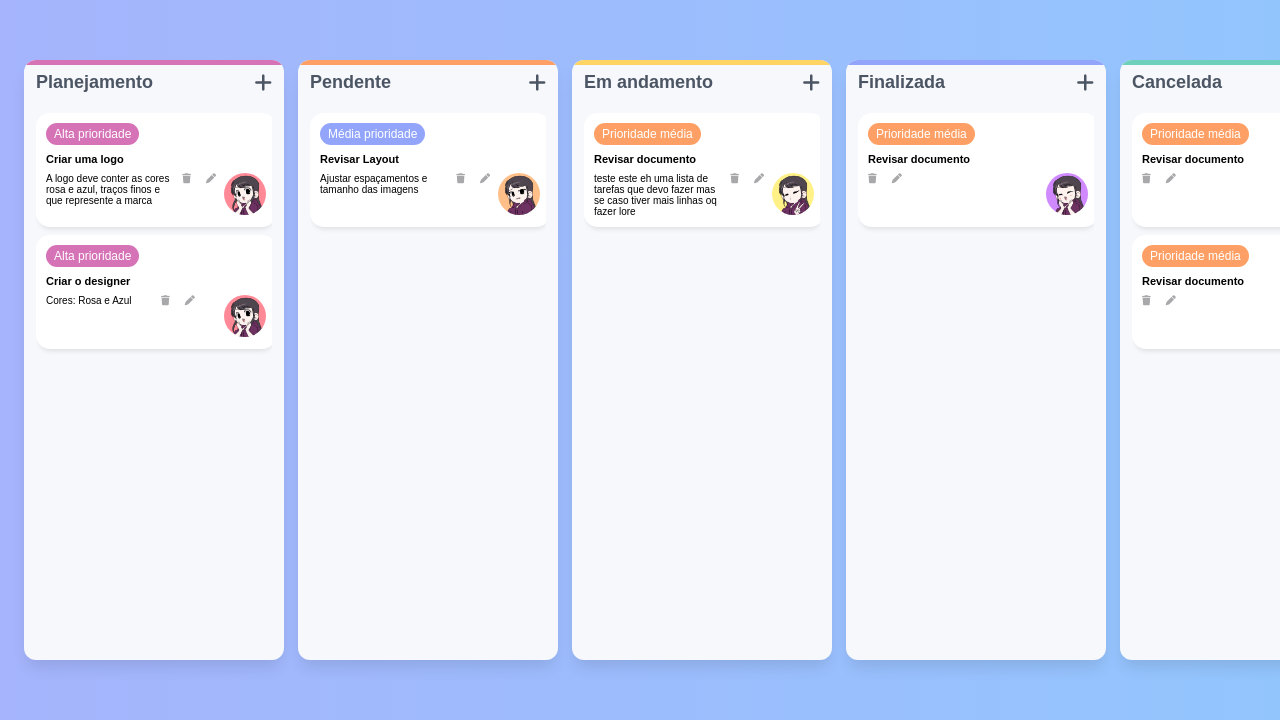
Repository: Marinalr-25/ProjetoToDoList
Page: index.html
An editor plug-in stored every save of this project. The page is shown before and after the next save, followed by the edit.
The browser window is 1280 px wide. The pictures show the whole page.
Some web fonts or font styles are not loaded; a fallback is used. Some web libraries are served in a nearby version.

Above is the page before, as saved 2025-01-29 13:27:35.

### index.html
<!DOCTYPE html>
<html lang="pt-BR">
  <head>
    <meta charset="UTF-8" />
    <meta name="viewport" content="width=device-width, initial-scale=1.0" />
    <link rel="preconnect" href="https://fonts.googleapis.com" />
    <link rel="preconnect" href="https://fonts.gstatic.com" crossorigin />
    <link
      href="https://fonts.googleapis.com/css2?family=Playpen+Sans:wght@100..800&family=Roboto:ital,wght@0,100;0,300;0,400;0,500;0,700;0,900;1,100;1,300;1,400;1,500;1,700;1,900&display=swap"
      rel="stylesheet"
    />
    <link
      rel="stylesheet"
      href="https://cdnjs.cloudflare.com/ajax/libs/font-awesome/6.6.0/css/all.min.css"
      integrity="sha512-Kc323vGBEqzTmouAECnVceyQqyqdsSiqLQISBL29aUW4U/M7pSPA/gEUZQqv1cwx4OnYxTxve5UMg5GT6L4JJg=="
      crossorigin="anonymous"
      referrerpolicy="no-referrer"
    />
    <link rel="stylesheet" href="css/style.css" />
    <title>Suas tarefas</title>
  </head>
  <body>
    <main class="kanban">
      <!-- coluna 1 (planejamento) -->
      <div class="kanban-column" data-id="1">
        <div class="kanban-title">
          <h2>Planejamento</h2>
          <button class="add-card"><i class="fa-solid fa-plus"></i></button>
        </div>
        <div class="kanban-cards">
          <div class="kanban-card" draggable="true">
            <div class="badge high">
              <span>Alta prioridade</span>
            </div>
            <p class="card-title">Criar uma logo</p>
            <div class="card-infos">
              A logo deve conter as cores rosa e azul, traços finos e que represente a marca
              <div class="card-icons">
                <p>
                  <i class="fa-solid fa-trash"></i>
                </p>
                <p>
                  <i class="fa-solid fa-pen"></i>
                </p>
              </div>
              <div class="user">
                <img src="images/iconePerfilPlanejamento.png" alt="avatar1" />
              </div>
            </div>
          </div>
          <div class="kanban-card" draggable="true">
            <div class="badge high">
              <span>Alta prioridade</span>
            </div>
            <p class="card-title">Criar o designer</p>
            <div class="card-infos">
              Cores: Rosa e Azul
              <div class="card-icons">
                <p>
                  <i class="fa-solid fa-trash"></i>
                </p>
                <p>
                  <i class="fa-solid fa-pen"></i>
                </p>
              </div>
              <div class="user">
                <img src="images/iconePerfilPlanejamento.png" alt="avatar1" />
              </div>
            </div>
          </div>
        </div>
      </div>
      <!-- coluna 2 (Pendente) -->
      <div class="kanban-column" data-id="2">
        <div class="kanban-title">
          <h2>Pendente</h2>
          <button class="add-card"><i class="fa-solid fa-plus"></i></button>
        </div>
        <div class="kanban-cards">
          <div class="kanban-card" draggable="true">
            <div class="badge low">
              <span>Média prioridade</span>
            </div>
            <p class="card-title">Revisar Layout</p>
            <div class="card-infos">
              Ajustar espaçamentos e tamanho das imagens
              <div class="card-icons">
                <p>
                  <i class="fa-solid fa-trash"></i>
                </p>
                <p>
                  <i class="fa-solid fa-pen"></i>
                </p>
              </div>
              <div class="user">
                <img src="images/iconePerfilPendente.png" alt="avatar2" />
              </div>
            </div>
          </div>
        </div>
      </div>
      <!-- coluna 3 (Em andamento) -->
      <div class="kanban-column" data-id="3">
        <div class="kanban-title">
          <h2>Em andamento</h2>
          <button class="add-card"><i class="fa-solid fa-plus"></i></button>
        </div>
        <div class="kanban-cards">
          <div class="kanban-card" draggable="true">
            <div class="badge medium">
              <span>Prioridade média</span>
            </div>
            <p class="card-title">Revisar documento</p>
            <div class="card-infos">
              teste este eh uma lista de tarefas que devo fazer mas se caso tiver mais linhas oq fazer
              lore
              <div class="card-icons">
                <p>
                  <i class="fa-solid fa-trash"></i>
                </p>
                <p>
                  <i class="fa-solid fa-pen"></i>
                </p>
              </div>
              <div class="user">
                <img src="images/iconePerfilEmAndamento.png" alt="avatar2" />
              </div>
            </div>
          </div>
        </div>
      </div>
      <!-- coluna 4 (Finalizada) -->
      <div class="kanban-column" data-id="4">
        <div class="kanban-title">
          <h2>Finalizada</h2>
          <button class="add-card"><i class="fa-solid fa-plus"></i></button>
        </div>
        <div class="kanban-cards">
          <div class="kanban-card" draggable="true">
            <div class="badge medium">
              <span>Prioridade média</span>
            </div>
            <p class="card-title">Revisar documento</p>
            <div class="card-infos">
              <div class="card-icons">
                <p>
                  <i class="fa-solid fa-trash"></i>
                </p>
                <p>
                  <i class="fa-solid fa-pen"></i>
                </p>
              </div>
              <div class="user">
                <img src="images/iconePerfilFinalizada.png" alt="avatar2" />
              </div>
            </div>
          </div>
        </div>
      </div>
      <!-- coluna 5 (Cancelada)-->
      <div class="kanban-column" data-id="5">
        <div class="kanban-title">
          <h2>Cancelada</h2>
          <button class="add-card"><i class="fa-solid fa-plus"></i></button>
        </div>
        <div class="kanban-cards">
          <div class="kanban-card" draggable="true">
            <div class="badge medium">
              <span id="propriedadeSelecionada">Prioridade média</span>
            </div>
            <p class="card-title">Revisar documento</p>
            <div class="card-infos">
              <div class="card-icons">
                <p>
                  <i class="fa-solid fa-trash"></i>
                </p>
                <p>
                  <i class="fa-solid fa-pen"></i>
                </p>
              </div>
              <div class="user">
                <img src="images/iconePerfilCancelada.png" alt="avatarTarefaCancelada" />
              </div>
            </div>
          </div>
          <div class="kanban-card" draggable="true">
            <div class="badge medium">
              <span id="propriedadeSelecionada">Prioridade média</span>
            </div>
            <p class="card-title">Revisar documento</p>
            <div class="card-infos">
              <div class="card-icons">
                <p>
                  <i class="fa-solid fa-trash"></i>
                </p>
                <p>
                  <i class="fa-solid fa-pen"></i>
                </p>
              </div>
              <div class="user">
                <img src="images/iconePerfilCancelada.png" alt="avatar2" />
              </div>
            </div>
          </div>
        </div>
      </div>

      <div class="adicionando">
        <div class="opcoes">
          <div class="custom_radio">
            <input
              type="radio"
              name="prioridade"
              id="alta_prioridade"
              placeholder="Alta prioridade"
            />
            <label for="alta_prioridade">Alta prioridade</label>
          </div>
          <div class="custom_radio">
            <input
              type="radio"
              name="prioridade"
              id="media_prioridade"
              placeholder="Alta prioridade"
            />
            <label for="media_prioridade">Prioridade média</label>
          </div>
          <div class="custom_radio">
            <input
              type="radio"
              name="prioridade"
              id="baixa_prioridade"
              placeholder="Alta prioridade"
            />
            <label for="baixa_prioridade">Baixa prioridade</label>
          </div>
      </div>
      <div class="title">
        <input type="text" class="title" name="title" id="title" placeholder="Título">
        <label for="title"></label>
      </div>
      <div class="descricao">
        <textarea placeholder="Descrição da tarefa" name="caixa_texto" id="caixa_texto" class="caixa_texto"></textarea>
      </div>
      <div class="buttons">
        <button class=" botao okButton">Ok</button>
        <button class=" botao cancelarButton">Cancelar</button>
      </div>

    </main>
    <!-- <button id="clear-storage">Limpar Local Storage</button> -->
    <script src="javascript/script.js"></script>
  </body>
</html>

### css/style.css
* {
  padding: 0;
  margin: 0;
  box-sizing: border-box;
}

*::-webkit-scrollbar {
  width: 0.8rem;
}

*::-webkit-scrollbar-track {
  background-color: #eaeffa;
  border-radius: 0.8rem;
}
*::-webkit-scrollbar-thumb {
  background-color: #b7d3fb;
  border-radius: 2rem;
}

html {
  font-size: 62.5%;
}

body {
  font-family: 'Playpen Sans', sans-serif;
  min-height: 100vh;
  display: flex;
  justify-content: center;
  align-items: center;
  background: linear-gradient(90deg, #a5b4fc, #93c5fd);
}

.kanban {
  display: flex;
  gap: 1.4rem;
  padding: 2.4rem;
  width: 100%;
  height: 90vh;
  overflow-x: auto;
}

.kanban-column {
  display: flex;
  flex-direction: column;
  gap: 1.8rem;
  height: 100%;
  overflow-y: auto;
  background-color: #f6f8fc;
  border-radius: 1.2rem;
  box-shadow: 0 1rem 1.5rem -0.3rem rgba(0, 0, 0, 0.1);
  padding: 1.2rem;
  overflow: hidden;
  min-width: 26rem;
  position: relative;

  &::after {
    position: absolute;
    content: '';
    top: 0;
    left: 0;
    height: 0.5rem;
    width: 100%;
  }
  &[data-id='1']::after {
    background-color: #d573b6;
  }
  &[data-id='2']::after {
    background-color: #fea065;
  }
  &[data-id='3']::after {
    background-color: #fed565;
  }
  &[data-id='4']::after {
    background-color: #92a5fb;
  }
  &[data-id='5']::after {
    background-color: #6ed0bc;
  }
}

.kanban-title {
  display: flex;
  justify-content: space-between;

  & h2 {
    font-size: 1.8rem;
    color: #4b5563;
    font-weight: 600;
  }
}

.add-card {
  color: #4b5563;
  font-size: 2rem;
  background-color: transparent;
  cursor: pointer;
  border: none;
}

.kanban-cards {
  display: flex;
  flex-direction: column;
  gap: 0.8rem;
  height: 100%;
  overflow-x: hidden;
  overflow-y: auto;
}

.kanban-card {
  display: flex;
  flex-direction: column;
  gap: 0.8rem;
  background-color: #ffffff;
  padding: 1rem;
  width: 24rem;
  border-radius: 1.4rem;
  box-shadow: 0 0.5rem 0.5rem -0.3rem rgba(0, 0, 0, 0.1);
  cursor: pointer;
}

.badge {
  color: #ffffff;
  width: fit-content;
  font-size: 1.2rem;
  padding: 0.4rem 0.8rem;
  border-radius: 1.2rem;

  &.high {
    background-color: #d573b6;
  }
  &.medium {
    background-color: #fea065;
  }
  &.low {
    background-color: #92a5fb;
  }
}

.dragging {
  opacity: 0.5;
}

.card-title {
  font-size: 1.1rem;
  font-weight: 600;
}

.card-infos {
  display: flex;
  justify-content: space-between;
  align-items: start;
  gap: 0.8rem;
}
.card-icons {
  display: flex;
  gap: 1.5rem;
  & i {
    color: #a8a8aa;
  }
}

.cards-hover {
  background-color: #eaeffa;
  border-radius: 0.8rem;
}

.user img {
  width: 4.2rem;
  height: 4.2rem;
  border-radius: 100%;
  object-fit: cover;
}

.adicionando {
  padding: 2rem;
  display: none;
  flex-direction: column;
  justify-content: space-between;
  gap: 2.5rem;
  position: fixed;
  top: 50%;
  left: 50%;
  transform: translate(-50%, -50%);
  width: 50rem;
  height: 35rem;
  border-radius: 1rem;
  box-shadow: inset -0.5rem -0.5rem 2rem 0.5rem rgba(0, 0, 0, 0.2);
  background: linear-gradient(150deg, #93c5fd, #a5b4fc);
}

.opcoes {
  display: flex;
  justify-content: center;
  gap: 2rem;
}

.custom_radio input[type='radio'] {
  display: none;
}

.custom_radio label {
  display: inline-block;
  margin: 0.5rem;
  cursor: pointer;
  transition: all 0.2s ease;
  background-color: #43b494;
  color: #ffffff;
  width: fit-content;
  font-size: 1.2rem;
  padding: 0.4rem 0.8rem;
  border-radius: 1.2rem;
}

.custom_radio input[type='radio']:checked + label {
  box-shadow: 0 0.5rem 0.5rem 0.2rem rgba(0, 0, 0, 0.2);
}

label:hover {
  transform: scale(1.1);
}

#alta_prioridade:checked + label {
  background-color: #d573b6; /* Vermelho para alta prioridade */
}

#media_prioridade:checked + label {
  background-color: #fea065; /* Amarelo para média prioridade */
}

#baixa_prioridade:checked + label {
  background-color: #92a5fb; /* Verde para baixa prioridade */
}

.custom-radio input[type='radio']:checked {
  transform: scale(1.1);
}

.title {
  display: flex;
  justify-content: center;
  padding: 0.5rem 1rem;
}

.title::placeholder {
  text-align: center;
}

.title,
.caixa_texto {
  border: 0;
  resize: none;
  border-radius: 1.2rem;
}

.title:focus,
.caixa_texto:focus {
  outline: none;
  box-shadow: inset 0 0 1.5rem 0.2rem transparent;
  border: 2px solid #998fe8;
}

.descricao {
  display: flex;
  justify-content: center;
}
.caixa_texto {
  width: 30rem;
  height: 10rem;
  padding: 1rem;
  box-shadow: inset 0 0 1.5rem 0.2rem #00000033;
}

.caixa_texto::placeholder {
  text-align: start;
}

.buttons {
  display: flex;
  justify-content: space-around;
  height: 4rem;
  align-items: center;
}

.botao {
  text-transform: uppercase;
  font-weight: 600;
  border: 0;
  border-radius: 5rem;
  padding: 0.6rem 0.8rem;
  width: 9rem;
  box-shadow: 0 0.5rem 0.5rem 0.2rem rgba(0, 0, 0, 0.2);
}

.okButton {
  background-color: #6ac96f;
  box-shadow: inset 0 0.5rem 0.5rem 0.2rem transparent;
  transition: all 0.3s ease;
  &:hover {
    box-shadow: inset 0.2rem -0.5rem 1rem 0.1rem #52b957;
    transform: scale(1.1);
  }
}
.cancelarButton {
  background-color: #e57373;
  box-shadow: inset 0 0.5rem 0.5rem 0.2rem transparent;
  transition: all 0.3s ease;
  &:hover {
    box-shadow: inset 0.2rem -0.5rem 1rem 0.1rem #d63d3d;
    transform: scale(1.1);
  }
}

### javascript/script.js
document.addEventListener('DOMContentLoaded', function () {
  const cards = document.querySelectorAll('.kanban-card');
  const colunas = document.querySelectorAll('.kanban-cards');
  const mais = document.querySelectorAll('.fa-solid.fa-plus');
  const cancelar = document.querySelector('.cancelarButton');
  const ok = document.querySelector('.okButton');
  const adicionando = document.querySelector('.adicionando');
  const textarea = document.querySelector('.caixa_texto');
  const kanbanCards = document.querySelector('.kanban-cards');
  const title = document.getElementById('title');
  const radios = document.querySelectorAll('input[name="prioridade"]');
  const kanbanColuna = document.querySelectorAll('.kanban-column');

  let dragCard = null;
  let selecionadoPrioridade = '';

  function updateAvatarImage(card) {
    const column = card.closest('.kanban-column');
    const avatarImage = card.querySelector('.user img');

    // Define a imagem com base no `data-id` da coluna
    switch (column.getAttribute('data-id')) {
      case '1':
        avatarImage.src = 'images/iconePerfilPlanejamento.png';
        break;
      case '2':
        avatarImage.src = 'images/iconePerfilPendente.png';
        break;
      case '3':
        avatarImage.src = 'images/iconePerfilEmAndamento.png';
        break;
      case '4':
        avatarImage.src = 'images/iconePerfilFinalizada.png';
        break;
      case '5':
        avatarImage.src = 'images/iconePerfilCancelada.png';
        break;
    }
  }

  function addDragEvents(card) {
    card.addEventListener('dragstart', (e) => {
      dragCard = card;
      e.currentTarget.classList.add('dragging');
    });
    card.addEventListener('dragend', (e) => {
      e.currentTarget.classList.remove('dragging');
      updateAvatarImage(dragCard);
      dragCard = null;
    });
  }

  cards.forEach((card) => addDragEvents(card));
  colunas.forEach((coluna) => {
    coluna.addEventListener('dragover', (e) => {
      e.preventDefault();
      e.currentTarget.classList.add('cards-hover');
    });
    coluna.addEventListener('dragleave', (e) => {
      e.currentTarget.classList.remove('cards-hover');
    });
    coluna.addEventListener('drop', (e) => {
      e.preventDefault();
      e.currentTarget.classList.remove('cards-hover');
      if (dragCard) {
        e.currentTarget.appendChild(dragCard);
        pegarColuna();
        // Atualizar no localStorage
        saveCardPosition(dragCard, pegarColuna());
      }
    });
  });

  radios.forEach((radio) => {
    radio.addEventListener('change', () => {
      if (radio.checked) {
        selecionadoPrioridade = radio.nextElementSibling.textContent;
        console.log(selecionadoPrioridade);
      }
    });
  });

  function corPrioridade() {
    switch (selecionadoPrioridade) {
      case 'Alta prioridade':
        return 'high';
      case 'Prioridade média':
        return 'medium';
      case 'Baixa prioridade':
        return 'low';
      default:
        return null;
    }
  }

  function titulo() {
    return title.value;
  }

  function descricaotarefa() {
    return textarea.value;
  }

  mais.forEach((adicionar) => {
    adicionar.addEventListener('click', function () {
      title.value = '';
      textarea.value = '';
      radios.forEach((radio) => {
        radio.checked = false;
      });
      selecionadoPrioridade = '';
      adicionando.style.display = 'flex';
    });
  });

  textarea.addEventListener('blur', function () {
    const textareavalue = this.value;
    console.log(textareavalue);
  });
  cancelar.addEventListener('click', function () {
    adicionando.style.display = 'none';
  });

  ok.addEventListener('click', function () {
    const novoCard = document.createElement('div');
    novoCard.className = 'kanban-card';
    novoCard.draggable = true;

    const prioridadeClasse = corPrioridade();
    const campoTexto = textarea.value;
    if (prioridadeClasse === null) {
      alert('Por favor, selecione uma prioridade.');
      return;
    } else if (campoTexto === '') {
      alert('Por favor, descreva sua tarefa.');
      return;
    }
    const tituloCaixa = titulo();
    const descricao = descricaotarefa();

    const cardID = generateCardID();
    novoCard.setAttribute('data-id', cardID);

    const conteudoCard = `
        <div class= "badge ${prioridadeClasse}">
            <span>${selecionadoPrioridade} </span>
        </div>
        <p class="card-title">${tituloCaixa} </p>
        <div class="card-infos"> ${descricao}
            <div class="card-icons">
                <p>
                    <i class="fa-solid fa-trash"></i>
                </p>
                <p>
                    <i class="fa-solid fa-pen"></i>
                </p>
            </div>
            <div class="user">
                <img src="images/iconePerfilPlanejamento.png" alt="avatar2" />
            </div>
        </div>
    `;

    novoCard.innerHTML = conteudoCard;
    kanbanCards.append(novoCard);
    addDragEvents(novoCard);

    // Salvar card no localStorage
    saveCard({
      id: cardID,
      titulo: tituloCaixa,
      descricao: descricao,
      prioridade: selecionadoPrioridade,
      classe: prioridadeClasse,
      coluna: '1',
    });

    adicionando.style.display = 'none';
  });

  function saveCard(card) {
    const cards = JSON.parse(localStorage.getItem('cards')) || [];
    cards.push(card);
    localStorage.setItem('cards', JSON.stringify(cards));
  }

  function generateCardID() {
    return `card-${Math.floor(Math.random() * 1000000)}`;
  }

  function saveCardPosition(card, colunaId) {
    const cardID = card.getAttribute('data-id');
    const cards = JSON.parse(localStorage.getItem('cards')) || [];
    const cardData = cards.find((c) => c.id === cardID);

    if (cardData) {
      cardData.coluna = colunaId; // Atualiza a coluna do card
      localStorage.setItem('cards', JSON.stringify(cards)); // Salva no localStorage
    }
  }

  function loadCards() {
    const cards = JSON.parse(localStorage.getItem('cards')) || [];
    cards.forEach((card) => {
      const novoCard = document.createElement('div');
      novoCard.className = 'kanban-card';
      novoCard.draggable = true;
      novoCard.setAttribute('data-id', card.id);

      const conteudoCard = `
        <div class= "badge ${card.classe}">
            <span>${card.prioridade} </span>
        </div>
        <p class="card-title">${card.titulo} </p>
        <div class="card-infos"> ${card.descricao}
            <div class="card-icons">
                <p>
                    <i class="fa-solid fa-trash"></i>
                </p>
                <p>
                    <i class="fa-solid fa-pen"></i>
                </p>
            </div>
            <div class="user">
                <img src="images/iconePerfilPlanejamento.png" alt="avatar2" />
            </div>
        </div>
  `;

      novoCard.innerHTML = conteudoCard;
      kanbanCards.append(novoCard);
      addDragEvents(novoCard);
      updateAvatarImage(novoCard);
    });
  }

  loadCards();
});

After the next save:
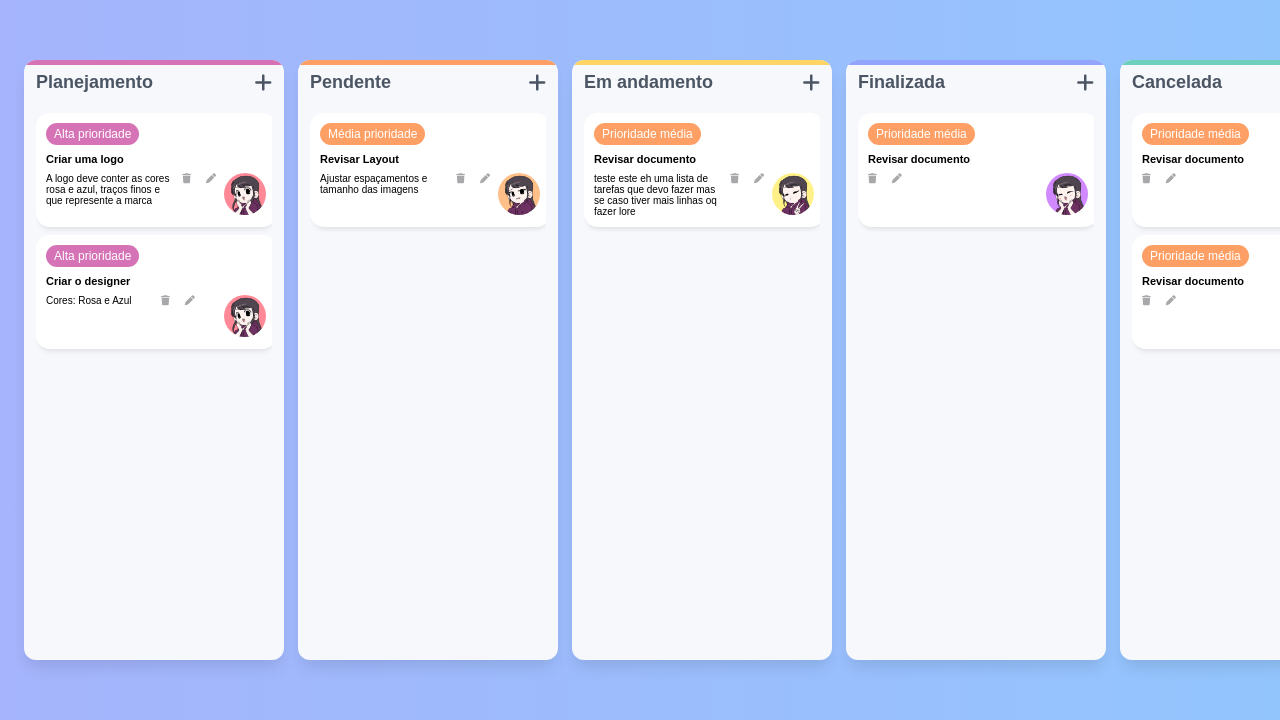
Saved 22 s later.
--- a/index.html
+++ b/index.html
@@ -78,7 +78,7 @@
         </div>
         <div class="kanban-cards">
           <div class="kanban-card" draggable="true">
-            <div class="badge low">
+            <div class="badge medium">
               <span>Média prioridade</span>
             </div>
             <p class="card-title">Revisar Layout</p>
